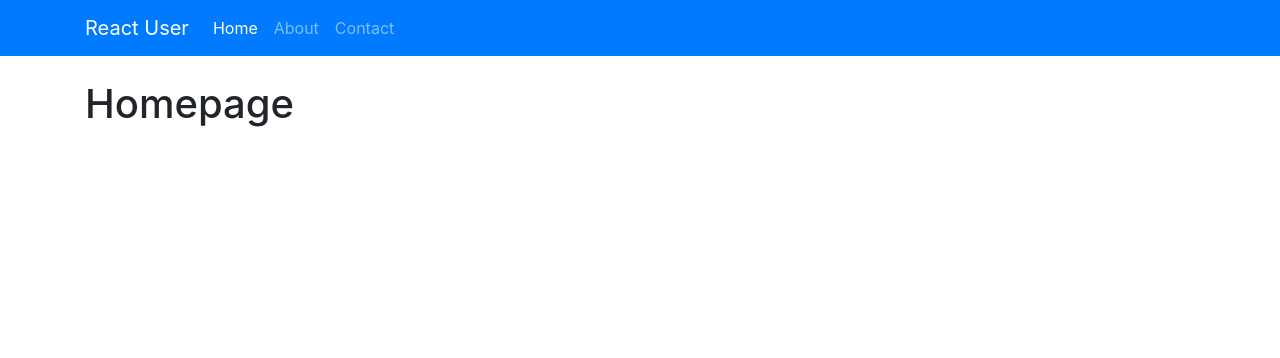
Repository: hardik2626/reactcrud2020
Page: /
An editor plug-in stored every save of this project. The page is shown before and after the next save, followed by the edit.
The browser window is 1280 px wide. The pictures show the whole page.
The project was rebuilt for these pictures with package versions that can differ from the ones it lists, and the page was loaded fresh each time. Also part of the build but not shown: src/index.css, src/App.css, src/component/pages/About.js, src/component/pages/Contact.js, src/component/pages/Notfound.js.

Above is the page before, as saved 2020-10-28 18:47:45.

After the next save:
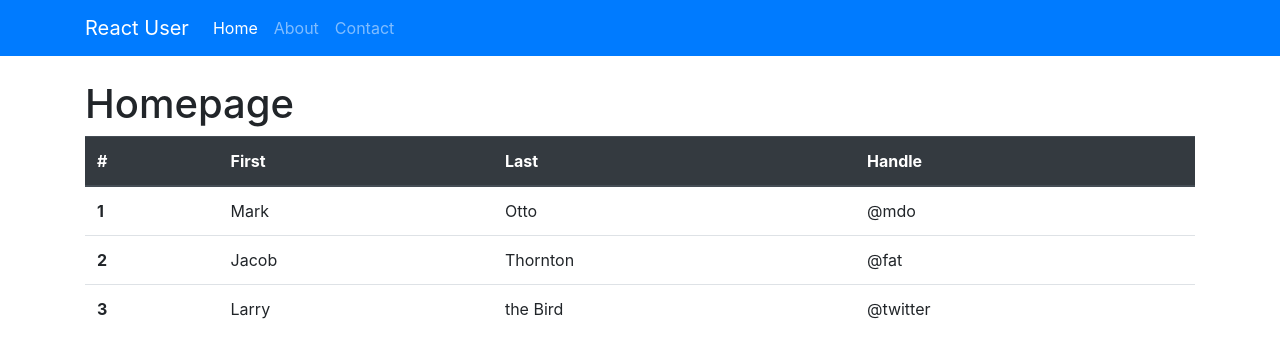
Saved 2 min 31 s later.
--- a/src/component/pages/Home.js
+++ b/src/component/pages/Home.js
@@ -18,6 +18,36 @@ const Home = () => {
             <div className="container">
                 <div className="py-4">
                     <h1>Homepage</h1>
+                    <table class="table">
+  <thead class="thead-dark">
+    <tr>
+      <th scope="col">#</th>
+      <th scope="col">First</th>
+      <th scope="col">Last</th>
+      <th scope="col">Handle</th>
+    </tr>
+  </thead>
+  <tbody>
+    <tr>
+      <th scope="row">1</th>
+      <td>Mark</td>
+      <td>Otto</td>
+      <td>@mdo</td>
+    </tr>
+    <tr>
+      <th scope="row">2</th>
+      <td>Jacob</td>
+      <td>Thornton</td>
+      <td>@fat</td>
+    </tr>
+    <tr>
+      <th scope="row">3</th>
+      <td>Larry</td>
+      <td>the Bird</td>
+      <td>@twitter</td>
+    </tr>
+  </tbody>
+</table>
                     <axios />
                 </div>
             </div>
